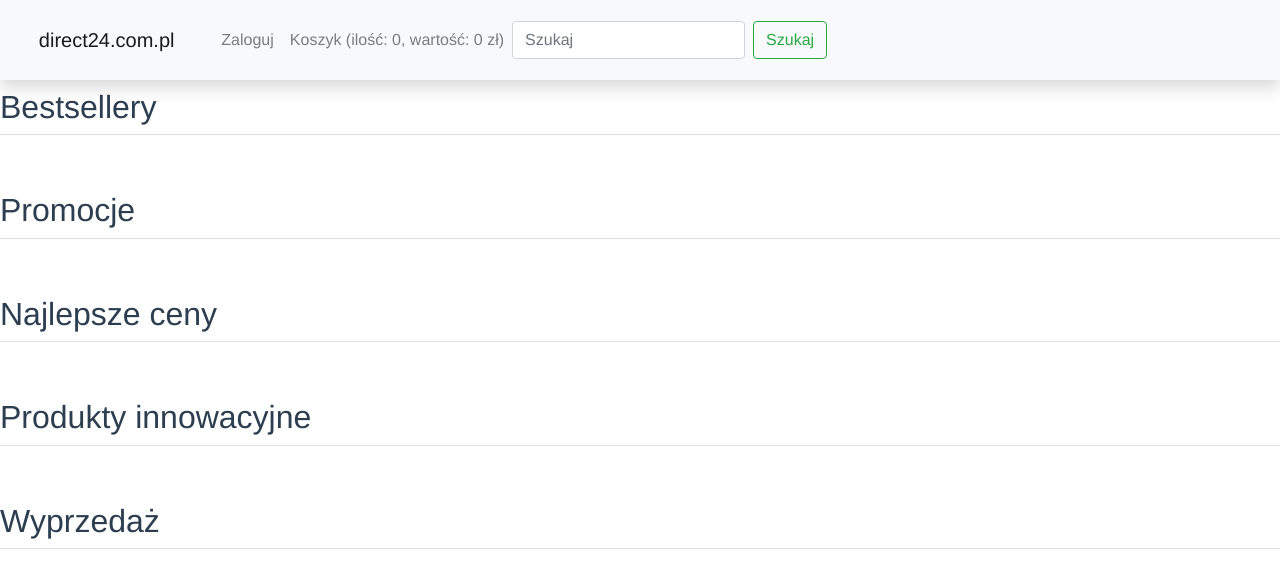
Repository: MichalDaniluk/pshop2
Page: / (app in pshop/)
An editor plug-in stored every save of this project. The page is shown before and after the next save, followed by the edit.
The browser window is 1280 px wide. The pictures show the whole page.
The page's requests for data from a server got no answer. Some web libraries are served in a nearby version. The project was rebuilt for these pictures with package versions that can differ from the ones it lists, and the page was loaded fresh each time. No one was signed in, and anything a server would have sent is missing.

Above is the page before, as saved 2019-02-02 23:27:45.

### pshop/public/index.html
<!DOCTYPE html>
<html lang="pl">
  <head>
    <meta charset="utf-8">
    <meta http-equiv="X-UA-Compatible" content="IE=edge">
    <meta name="viewport" content="width=device-width,initial-scale=1.0">
    <link rel="icon" href="<%= BASE_URL %>favicon.ico">
    <link rel="stylesheet" href="https://stackpath.bootstrapcdn.com/bootstrap/4.2.1/css/bootstrap.min.css" integrity="sha384-GJzZqFGwb1QTTN6wy59ffF1BuGJpLSa9DkKMp0DgiMDm4iYMj70gZWKYbI706tWS" crossorigin="anonymous">
    <script src="https://code.jquery.com/jquery-3.3.1.slim.min.js" integrity="sha384-q8i/X+965DzO0rT7abK41JStQIAqVgRVzpbzo5smXKp4YfRvH+8abtTE1Pi6jizo" crossorigin="anonymous"></script>
    <script src="https://cdnjs.cloudflare.com/ajax/libs/popper.js/1.14.6/umd/popper.min.js" integrity="sha384-wHAiFfRlMFy6i5SRaxvfOCifBUQy1xHdJ/yoi7FRNXMRBu5WHdZYu1hA6ZOblgut" crossorigin="anonymous"></script>
    <script src="https://stackpath.bootstrapcdn.com/bootstrap/4.2.1/js/bootstrap.min.js" integrity="sha384-B0UglyR+jN6CkvvICOB2joaf5I4l3gm9GU6Hc1og6Ls7i6U/mkkaduKaBhlAXv9k" crossorigin="anonymous"></script>
    <title>pshop</title>
  </head>
  <body>
    <noscript>
      <strong>We're sorry but pshop doesn't work properly without JavaScript enabled. Please enable it to continue.</strong>
    </noscript>
    <div id="app"></div>
    <!-- built files will be auto injected -->
  </body>
</html>

### pshop/src/App.vue
<template>
  <div id="app">
    <nav id="topnav" class="navbar navbar-expand-lg navbar-light bg-light flex-md-nowrap p-0 shadow" style="height:80px">
      <a class="navbar-brand col-sm-3 col-md-2 mr-0" href="/"><i class="fas fa-building"></i> direct24.com.pl</a>
      <div class="collapse navbar-collapse" id="navbarNavAltMarkup">
          <div class="navbar-nav">
          <a v-if="this.$store.getters.loggedIn" class="nav-item nav-link" href="/logout"><i class="fas fa-user"></i> Wyloguj</a>
          <a v-else class="nav-item nav-link" href="/login"><i class="fas fa-user"></i> Zaloguj</a>
          <a class="nav-item nav-link" href="/cart"><i class="fas fa-shopping-cart"></i> Koszyk (ilość: {{ getCartCount }}, wartość: {{ getCartValue }} zł)</a>
          </div>
          <form class="form-inline">
              <input class="form-control mr-sm-2" type="search" placeholder="Szukaj" aria-label="Szukaj">
              <button class="btn btn-outline-success my-2 my-sm-0" type="submit"><i class="fas fa-search"></i> Szukaj</button>
          </form>
  </div>

        </nav>
    <router-view/>
  </div>
</template>

<script>
export default {
  computed: {
    getCartValue() {
      return this.$store.state.cart.value;
    },
    getCartCount() {
      return this.$store.state.cart.count;
    }
  }
}
</script>

<style lang="scss">
#app {
  font-family: 'Avenir', Helvetica, Arial, sans-serif;
  -webkit-font-smoothing: antialiased;
  -moz-osx-font-smoothing: grayscale;
  text-align: center;
  color: #2c3e50;
}
#nav {
  padding: 30px;
  a {
    font-weight: bold;
    color: #2c3e50;
    &.router-link-exact-active {
      color: #42b983;
    }
  }
}
</style>

### pshop/src/router.js
import Vue from 'vue'
import Router from 'vue-router'
import Home from './views/Home.vue'
import Product from './views/Product.vue'
import Cart from './views/Cart.vue'

Vue.use(Router)

export default new Router({
  mode: 'history',
  base: process.env.BASE_URL,
  routes: [
    {
      path: '/',
      name: 'home',
      component: Home
    },
    {
      path: '/',
      name: 'cart',
      component: Cart
    },
    {
      path: '/product/:id',
      name: 'product',
      component: Product
    }
  ]
})

### pshop/src/store.js
import Vue from 'vue'
import Vuex from 'vuex'
import Axios from 'axios';

Vue.use(Vuex)

export default new Vuex.Store({
  state: {
    token: localStorage.getItem('access_token') || null,
    domain: 'http://localhost:8080',
    api: 'http://api.direct24.com.pl/api',
    cart: {
      count: 0,
      value: 0
    }
  },
  getters: {
      loggedIn(state) {
        return state.token !== null
      }
  },
  mutations: {
    retriveToken(state, token) {
      state.token = token
    },
    destroyToken(state) {
      state.token = null
    }
  },
  actions: {
      destroyToken(context) {
        if( context.getters.loggedIn)
        {
          return new Promise((resolve, reject) => {
            Axios.post(`${this.state.api}/users/logout`)
            .then(response => {
              localStorage.removeItem('access_token')
              context.commit('destroyToken')
              resolve(response)
            })
            .catch(error => {
              localStorage.removeItem('access_token')
              context.commit('destroyToken')
              reject(error)
            })
          })
        }
      },
      retriveToken(context, credentials) {
        return new Promise((resolve, reject) => {
        Axios.post(`${this.state.api}/users/login`, {
          username: credentials.username,
          password:credentials.password
        })
        .then(response => {
          const token = response.data.token
          localStorage.setItem('access_token', token)
          context.commit('retriveToken', token)
          resolve(response)
        })
        .catch(error => {
          reject(error)
        })
      })
    }

  }
})

### pshop/src/views/Home.vue
<template>
  <div id="start" class="col-md-12">

    <div class="row mt-2 border-bottom mb-2"><h2>Bestsellery</h2></div>
    <div class="row">
        <div class="col-md-2 col-xs-12"  v-for="item in bestsellers" :key="item.id">
            <ProductBox v-bind:item=item></ProductBox>
        </div>
    </div>

    <div class="row mt-5 border-bottom mb-2"><h2>Promocje</h2></div>
    <div class="row">
        <div class="col-md-2 col-xs-12"  v-for="item in promotions" :key="item.id">
            <ProductBox v-bind:item=item></ProductBox>
        </div>
    </div>

    <div class="row mt-5 border-bottom mb-2"><h2>Najlepsze ceny</h2></div>
    <div class="row">
        <div class="col-md-2 col-xs-12"  v-for="item in bestprices" :key="item.id">
            <ProductBox v-bind:item=item></ProductBox>
        </div>
    </div>

    <div class="row mt-5 border-bottom mb-2"><h2>Produkty innowacyjne</h2></div>
    <div class="row">
        <div class="col-md-2 col-xs-12"  v-for="item in innovatives" :key="item.id">
            <ProductBox v-bind:item=item></ProductBox>
        </div>
    </div>

    <div class="row mt-5 border-bottom mb-2"><h2>Wyprzedaż</h2></div>
    <div class="row">
        <div class="col-md-2 col-xs-12" v-for="item in sales" :key="item.id">
            <ProductBox v-bind:item=item></ProductBox>
        </div>
    </div>

</div>
</template>

<script>

import ProductBox from '../components/ProductBox'
import Axios from 'axios'

export default {
    name: 'product-box',
    data() {
      return {
        bestsellers: [],
        promotions: [],
        bestprices: [],
        innovatives: [],
        sales: []
      }
    },
    components: {
      ProductBox
    },
    mounted() {
        this.getBestsellers();
        this.getPromotions();
        this.getPrices();
        this.getInnovatives();
        this.getSales();
    },
    methods: {
        getBestsellers: function() {
            Axios.get(`${this.$store.state.api}/products/bestsellers`)
            .then((response) =>  { this.bestsellers = response.data.lista });
        },
        getPromotions: function() {
            Axios.get(`${this.$store.state.api}/products/promotion`)
            .then((response) =>  { this.promotions = response.data.lista });
        },
        getPrices: function() {
            Axios.get(`${this.$store.state.api}/products/bestprice`)
            .then((response) =>  { this.bestprices = response.data.lista });
        },
        getInnovatives: function() {
            Axios.get(`${this.$store.state.api}/products/innovative`)
            .then((response) =>  { this.innovatives = response.data.lista });
        },
        getSales: function() {
            Axios.get(`${this.$store.state.api}/products/sale`)
            .then((response) =>  { this.sales = response.data.lista });
        }
    }

}

</script>

### pshop/src/views/Product.vue
<template>
    <div id="prodshow">
        <div class="row" style="margin-top:60px;">
            <div class="col-2 text-center">
                <img :src="`/images/products/${product.image}`" :alt="product.name">
            </div>
            <div class="col-1"></div>
            <div class="col-8">
                <div class="row">
                    <div class="col">
                        <h1 class="product-name">{{ product.name }}</h1>
                    </div>
                </div>
                <div class="row pt-3 pb-3 border-top border-bottom">
                    <div class="col">
                        <span class="product-price">{{ product.price }} PLN netto / {{ product.unit }}</span><br>
                        <span class="product-price-sm">{{ product.priceGross }} PLN brutto / {{ product.unit }}</span>
                    </div>
                    <div class="col">
                        indeks: <span class="font-weight-bold">{{ product.indexNumber }}</span><br>
                        nr katalogowy: <span class="font-weight-bold">{{ product.catalogNumber }}</span><br>
                        producent: <span class="font-weight-bold">{{ product.manufacturer }}</span>
                    </div>
                </div>
                <div class="row">
                    <div class="col">
                        {{ product.description }}
                    </div>
                </div>
                <div class="row">
                    <div class="col">
                        <p>Wybierz interesującą Cię ilość produktów i dodaj je do swojego koszyka</p>
                    </div>
                </div>
                <div class="row">
                    <div class="col">
                        <button class="btn btn-warning" @click="addToCart(product.id, 1)"><i class="fas fa-shopping-cart"></i> dodaj do koszyka</button>
                    </div>
                </div>

            </div>
        </div>
    </div>
</template>

<script>

import Axios from 'axios'

export default {
    name: 'Product',
    data() {
        return {
            product: null,
            id: 0
        }
    },
    mounted() {
        Axios.get(`${this.$store.state.api}/products/get/${this.id}`)
        .then((response) => {
            this.product = response.data.lista
        })
    },
    created() {
        this.id = this.$route.params.id;
    },

    methods:{
        addToCart: function(p,c)
        {
            this.$store.state.cart.push(p,c)

            // Axios.get(`${this.$store.state.api}/cart/add/${p}/${c}`)
            // .then(function()
            // {
            //     Axios.get(`${this.$store.state.api}/cart/get`)
            //     .then((response) => {
            //             this.$store.state.count = response.data.lista.length;
            //     });

            //     Axios.get(`${this.$store.state.api}/cart/value`)
            //     .then((response) => {
            //             this.$store.state.value = response.data.lista;
            //     });
            // });
        }
    }
}
</script>

### pshop/src/views/Cart.vue

<template>
<div id="cartoptions">
params: {{ this.$route.params.id }}
    <h1>Twój koszyk</h1>
    <h3>Zalogowany: </h3>
    <p>Masz w koszyku <span>{{ lista.length }}</span> produkty</p>

    <div class="row">
        <div class="col-9">

        <div  v-if="lista !== null">
            <table class="table table-bordered">
                <tr>
                    <th>Obrazek</th>
                    <th>Product name</th>
                    <th>Ilość</th>
                    <th>Cena netto</th>
                    <th>Cena brutto</th>
                    <th>Vat</th>
                    <th>Miara</th>
                    <th>Opcje</th>
                </tr>
                <tr v-for="product in lista" :key="product.id">
                    <td class="text-center"><img class="w-25" v-bind:src="'/images/products/' + product.image"></td>
                    <td>{{ product.name }}</td>
                    <td class="text-center"><input type="text" name="count" v-model="product.count" class="text-center w-50" v-on:change="poprawIlosc(product.id, product.count)"></td>
                    <td>{{ product.price }} zł</td>
                    <td>{{ product.priceGross }} zł</td>
                    <td>{{ product.tax }}</td>
                    <td>{{ product.unit }}</td>
                    <td><span v-on:click="remove(product.id)" class="btn btn-danger" >usuń</span></td>
                </tr>

            </table>
        </div>
        <p v-else>Brak pozycji w koszyku</p>



        <div class="row">
            <div class="col">
                <span class="btn btn-danger" v-on:click="clear">usuń wszytko</span>
            </div>
        </div>
    </div>
    <div class="col-3">

        <div class="row">
            <div class="col">

                <p class="cart-form">1. Forma płatności</p>
                <div class="form-check">
                    <input class="form-check-input" type="checkbox" value="" id="gotowka">
                    <label class="form-check-label" for="gotowka">gotówka</label>
                </div>

                <div class="form-check">
                    <input class="form-check-input" type="checkbox" value="" id="przelew" checked="checked">
                    <label class="form-check-label" for="przelew">przedpłata przelewem</label>
                </div>

            </div>
        </div>

        <div class="row">
            <div class="col">
                <p class="cart-form">2. Forma transportu</p>

                <div class="form-check">
                    <input class="form-check-input" type="checkbox" value="" id="wlasny">
                    <label class="form-check-label" for="gotowka">Odbiór własny w siedzibie firmy (+0 zł)</label>
                </div>

                <div class="form-check">
                    <input class="form-check-input" type="checkbox" value="" id="warszawa">
                    <label class="form-check-label" for="gotowka">Wysyłka na terenie Warszawy transportem własnym (+25 zł)</label>
                </div>

                <div class="form-check">
                    <input class="form-check-input" type="checkbox" value="" id="kurier">
                    <label class="form-check-label" for="gotowka">Wysyłka kurierem DPD (+25 zł)</label>
                </div>
            </div>
        </div>

        <div class="row">
            <div class="col">
                <p class="cart-form">3. Podsumowanie</p>
            </div>
        </div>

        <div class="row">
            <div class="col">
                <div class="row">
                    <div class="col">Kwota całkowita</div>
                    <div class="col">{{ showCartValue }} zł</div>
                </div>
                <div class="row">
                    <div class="col">Wysyłka</div>
                    <div class="col">25,00 zł</div>
                </div>
                <div class="row">
                    <div class="col">Suma</div>
                    <div class="col" v-if="cartvalue > 0 ">{{ cartvalue + 25 }} zł</div>
                    <div class="col" v-else>0 zł</div>
                </div>
            </div>
        </div>

        <div class="row">
            <div class="col">
                <a class="btn btn-warning btn-block" href="/">kupuj dalej</a>
                <a class="btn btn-warning btn-block" href="/order/add">zamów</a>
            </div>
        </div>
    </div>

    </div>
</div>
</template>

<script>

export default {

    name: 'cart',
    data() {
        return {
            lista: []
        }
    },
    mounted() {
        this.getList();

        axios.get(`${this.$store.state.api}/cart/value`)
        .then(function(response){
            this.$store.state.cart.value = response.data.lista;
        });

    },
    computed: {
        showCartValue: function()
        {
            return this.cartvalue
        }
    },
    methods:{
        getList: function() {
            axios.get(`${this.$store.state.api}/cart/get`)
            .then(function(response)
            {
                if( response.data.lista )
                {
                    this.lista = response.data.lista;
                }
            });
        },

        clear: function(){
            axios.get(`${this.$store.state.api}/cart/clear`)
            .then(function(response)
            {
                this.lista = response.data.lista;
                this.$store.state.value = 0;

                axios.get(`${this.$store.state.api}/cart/get`)
                .then(function(response)
                {
                    if( response.data.lista )
                    {
                        this.lista = response.data.lista;
                        this.$store.state.cart.count = response.data.lista.lenght;
                    }
                });

            });
        },
        remove: function(id){
            axios.get(`${this.$store.state.api}/cart/remove/${id}`)
            .then(function(response){
                options.lista = response.data.lista;

                axios.get(`${this.$store.state.api}/cart/get`)
                .then(function(response)
                {
                    if( response.data.lista )
                    {
                        this.$store.state.cart.count = response.data.lista.lenght;
                    }
                });

            });
        },
        poprawIlosc: function(id, count)
        {
            axios.get(`${this.$store.state.api}/cart/add/${id}/${count}`)
            .then(function(response)
            {

                axios.get(`${this.$store.state.api}/cart/value`)
                .then(function(response)
                {
                    if( response.data.lista )
                    {
                        this.$store.state.cart.value = response.data.lista;
                    }
                });

                axios.get(`${this.$store.state.api}/cart/get`)
                .then(function(response)
                {
                    if( response.data.lista )
                    {
                        this.lista = response.data.lista;
                        this.$store.state.cart.count = response.data.lista.lenght;
                    }
                });
            });
        }
    }
}

</script>

### pshop/src/components/ProductBox.vue
<template>

<div>
    <div class="text-center mb-2 border-bottom">
        <img class="w-50 pb-2" :src="`/images/products/${item.image}`" :alt="item.name">
    </div>
    <div v-html="item.name" class="border-bottom h6">
        {{ item.name }}
    </div>
    <div class="h5">
        {{ item.price }} <span class="h7">zł / {{ item.unit }}</span>
    </div>
    <button v-on:click="$emit('AddToCart', item, 1 )" class="btn btn-primary w-100">
        dodaj do koszyka
    </button>
    <router-link :to="{name:'product', params: {id: item.id} }" class="btn btn-warning w-100">
        zobacz więcej
    </router-link>
</div>

</template>

<script>
import Axios from 'axios'
export default {
    name: 'product-box',
    props: {
        'title':String,
        'item':Object,
    },
    methods: {

    }
}
</script>

Loaded but not shown: pshop/src/main.js (common file)

After the next save:
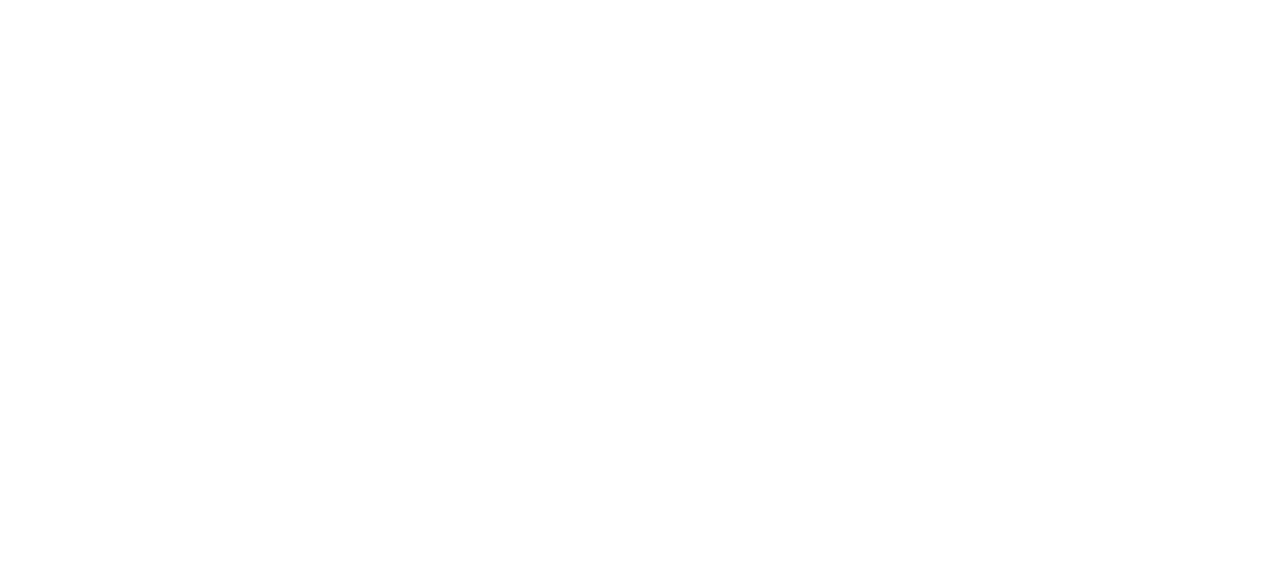
Console error: TypeError: Cannot read properties of undefined (reading 'items')
Saved 89 s later.
--- a/pshop/src/store.js
+++ b/pshop/src/store.js
@@ -10,8 +10,9 @@
     domain: 'http://localhost:8080',
     api: 'http://api.direct24.com.pl/api',
     cart: {
-      count: 0,
-      value: 0
+      count: this.items.length,
+      value: 0,
+      items:[]
     }
   },
   getters: {

After the save that followed:
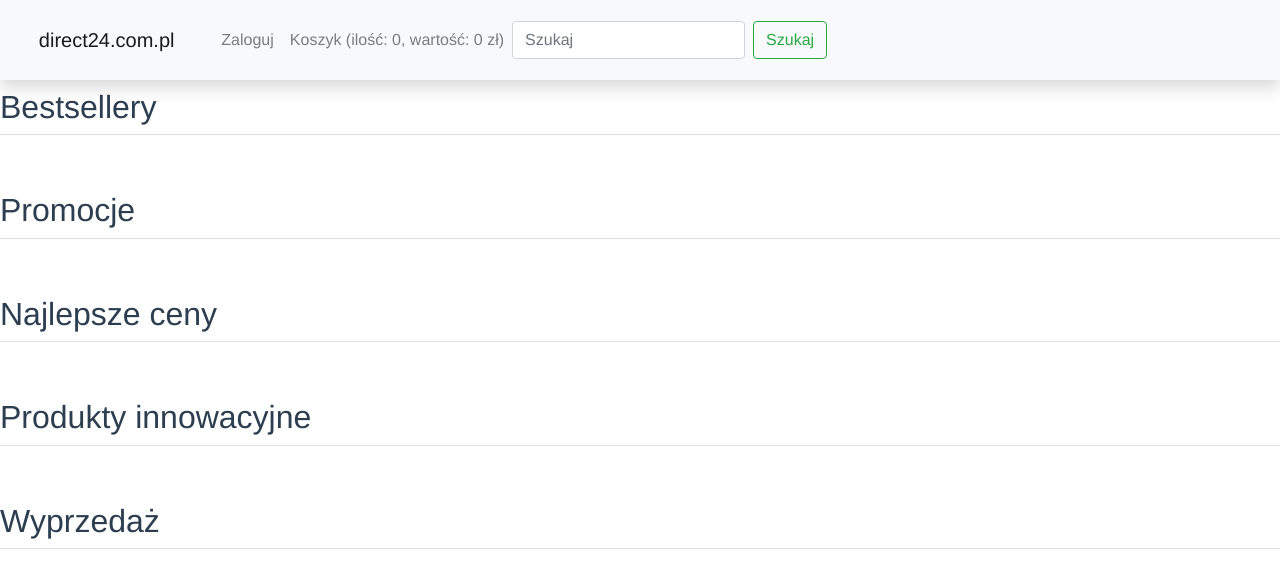
The error is gone.
Saved 6 min 48 s later.
--- a/pshop/src/App.vue
+++ b/pshop/src/App.vue
@@ -6,7 +6,7 @@
           <div class="navbar-nav">
           <a v-if="this.$store.getters.loggedIn" class="nav-item nav-link" href="/logout"><i class="fas fa-user"></i> Wyloguj</a>
           <a v-else class="nav-item nav-link" href="/login"><i class="fas fa-user"></i> Zaloguj</a>
-          <a class="nav-item nav-link" href="/cart"><i class="fas fa-shopping-cart"></i> Koszyk (ilość: {{ getCartCount }}, wartość: {{ getCartValue }} zł)</a>
+          <a class="nav-item nav-link" href="/cart"><i class="fas fa-shopping-cart"></i> Koszyk (ilość: {{ this.$store.getters.cartcount }}, wartość: {{ this.$store.getters.cartvalue }} zł)</a>
           </div>
           <form class="form-inline">
               <input class="form-control mr-sm-2" type="search" placeholder="Szukaj" aria-label="Szukaj">
@@ -22,12 +22,7 @@
 <script>
 export default {
   computed: {
-    getCartValue() {
-      return this.$store.state.cart.value;
-    },
-    getCartCount() {
-      return this.$store.state.cart.count;
-    }
+
   }
 }
 </script>
--- a/pshop/src/store.js
+++ b/pshop/src/store.js
@@ -10,7 +10,6 @@
     domain: 'http://localhost:8080',
     api: 'http://api.direct24.com.pl/api',
     cart: {
-      count: this.items.length,
       value: 0,
       items:[]
     }
@@ -18,6 +17,12 @@
   getters: {
       loggedIn(state) {
         return state.token !== null
+      },
+      cartcount(state) {
+        return state.cart.items.length
+      },
+      cartvalue(state) {
+        return state.cart.items.reduce((a, b) => a + b, 0);
       }
   },
   mutations: {
